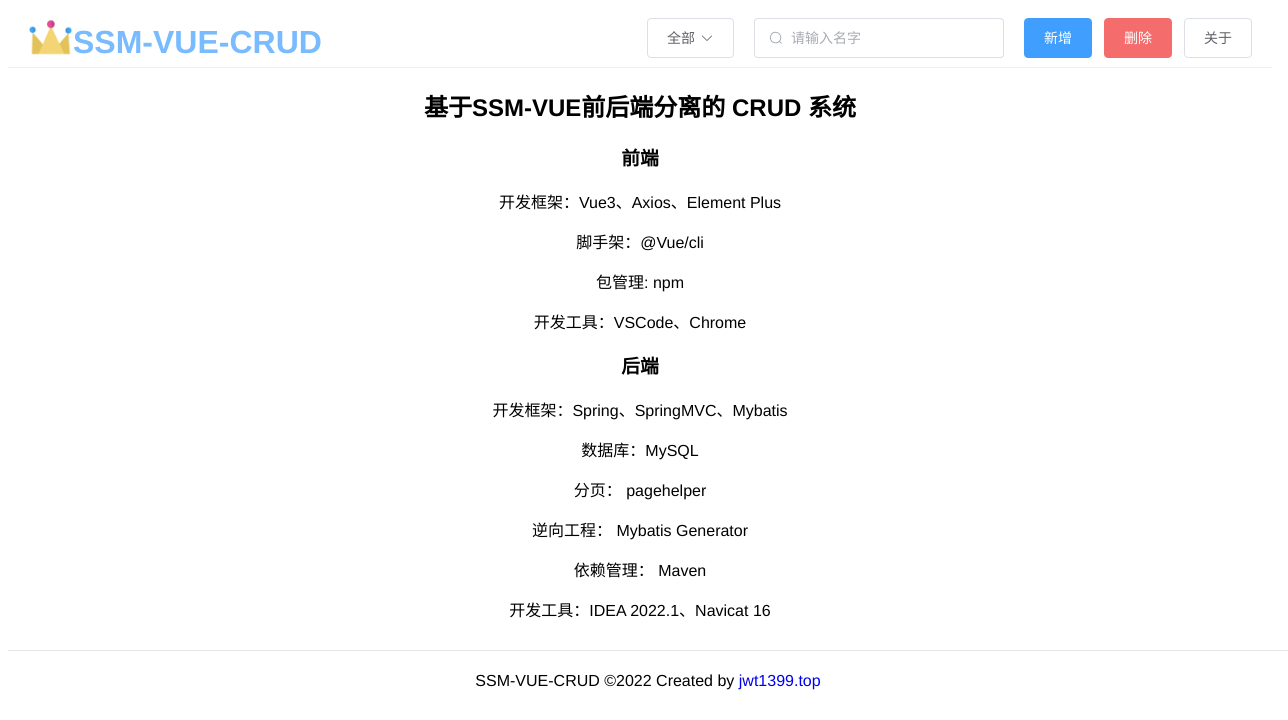
Repository: jwt1399/ssm-vue-crud
Page: /#/about (app in ssm-crud-front/)
The author's editor kept a copy of each file at every save. The page is drawn from the files as they stood at one save, then again after the next save.
The browser window is 1280 px wide. The page is 1288 px wide, so the pictures cover 1288 px, including what lies to the right of the window. The pictures show the whole page.
The project was rebuilt for these pictures with package versions that can differ from the ones it lists, and the page was loaded fresh each time. Also part of the build but not shown: ssm-crud-front/vue.config.js, ssm-crud-front/src/components/Form.vue, ssm-crud-front/src/views/CrudView.vue.

Above is the page before, as saved 2022-06-09 13:33:21.

### ssm-crud-front/public/index.html
<!DOCTYPE html>
<html lang="zh-Hans">
  <head>
    <meta charset="utf-8">
    <meta http-equiv="X-UA-Compatible" content="IE=edge">
    <meta name="viewport" content="width=device-width,initial-scale=1.0">
    <link rel="icon" href="<%= BASE_URL %>favicon.png">
    <title><%= htmlWebpackPlugin.options.title %></title>
  </head>
  <body>
    <noscript>
      <strong>We're sorry but <%= htmlWebpackPlugin.options.title %> doesn't work properly without JavaScript enabled. Please enable it to continue.</strong>
    </noscript>
    <div id="app"></div>
    <!-- built files will be auto injected -->
  </body>
</html>

### ssm-crud-front/src/main.js
import { createApp } from 'vue'
import App from './App.vue'
import router from './router'
import ElementPlus from 'element-plus'
import 'element-plus/dist/index.css'
import * as ElementPlusIconsVue from '@element-plus/icons-vue'

const app = createApp(App)

//配置全局icon
for (const [key, component] of Object.entries(ElementPlusIconsVue)) {
    app.component(key, component)
  }

app.use(router).use(ElementPlus).mount('#app')

### ssm-crud-front/src/App.vue
<template>
  <Header/>
  <router-view/>
  <Footer/>
</template>

<script>
import Header from '@/components/Header.vue'
import Footer from '@/components/Footer.vue'
export default {
    components: {
        Header,
        Footer,
    }
}
</script>

<style>
#app {
  font-family: Avenir, Helvetica, Arial, sans-serif;
  -webkit-font-smoothing: antialiased;
  -moz-osx-font-smoothing: grayscale;
  /* text-align: center; */
  /* color: #2c3e50; */
}
</style>

### ssm-crud-front/src/router/index.js
import { createRouter, createWebHashHistory } from 'vue-router'
import CrudView from '../views/CrudView.vue'
const routes = [
  {
    path: '/',
    name: 'home',
    component: CrudView
  },
  {
    path: '/about',
    name: 'about',
    // route level code-splitting
    // this generates a separate chunk (about.[hash].js) for this route
    // which is lazy-loaded when the route is visited.
    component: () => import(/* webpackChunkName: "about" */ '../views/AboutView.vue')
  }
]

const router = createRouter({
  history: createWebHashHistory(),
  routes
})

export default router

### ssm-crud-front/src/components/Header.vue
<template>
 <el-header class="header">
    <div class="nav">
        <a href="/" class="nav-link">
            <img src="../assets/favicon.png" alt="logo" class="nav-logo">
            <h1 class="nav-title ">SSM-VUE-CRUD</h1>
        </a>
    </div>
    <div class="nav-item">
        <el-dropdown>
            <el-button size="large">
                全部
                <el-icon class="el-icon--right">
                    <arrow-down />
                </el-icon>
            </el-button>
            <template #dropdown>
                <el-dropdown-menu>
                    <el-dropdown-item>Action 1</el-dropdown-item>
                    <el-dropdown-item>Action 2</el-dropdown-item>
                </el-dropdown-menu>
            </template>
        </el-dropdown>

        <div class="nav-search">
            <el-input
            placeholder="请输入名字"
            v-model="search"
            size="large"
            @change="searchChange"
            clearable >
                <template #prefix>
                    <el-icon class="el-input__icon"><search /></el-icon>
                </template>
            </el-input>

        </div>
        <el-button type="primary" size="large" @click="addEmployee()">新增</el-button>
        <el-button type="danger" size="large" @click="batchDeleteEmployee()">删除</el-button>
        <!-- <router-link to='/about'> -->
        <el-button type="default" size="large" @click="skipAbout()">关于</el-button>
        <!-- </router-link> -->
    </div>
</el-header>
</template>

<script>
import { useRouter } from 'vue-router'

export default {
    name: 'Header',
    setup() {
        const router = useRouter()
        const skipAbout = ()=>{
        // window.location.href='#/about';
        // router.push({path:'about'})
        router.push({ name: 'about'})
        }
        return {
            skipAbout,
        }
    },

}


</script>



<style scoped>
.nav-logo {
	height: 45px;
	width: 45px;
	vertical-align: middle;
	display: inline-block;
}

.nav-title {
	font-size: 2rem;
	display: inline-block;
	vertical-align: middle;
	color: #79bbff;
	padding-top: 10px;
}

.nav-item {
	display: flex;
	align-items: center;
}

.nav-search {
	width: 250px;
	margin: 0 20px;
}

.header {
	display: flex;
	align-items: center;
	justify-content: space-between;
	width: 100%;
	border-bottom: 1px solid #eee;
	min-width: 800px;
}



</style>

### ssm-crud-front/src/components/Footer.vue
<template>
<el-footer class="footer">
    <span>SSM-VUE-CRUD ©2022 Created by </span>
    <a href="https://jwt1399.top" style="text-decoration: none;"> jwt1399.top</a>
 </el-footer>
</template>


<script>
export default{
    name:'Footer',
}
</script>

 <style scoped>
.footer {
    /* 固定在底部18-19 */
    position: absolute;
    bottom: 10px;
    text-align: center;
    width: 100%;
    /* 垂直居中23-24 */
    height: 60px;
    line-height:60px;
    background-color: #fff;
    border-top:1px solid #E7E7E7;

}

</style>

### ssm-crud-front/src/views/AboutView.vue
<template>
  <div class="about">
    <h2>基于SSM-VUE前后端分离的 CRUD 系统</h2>
    <h3>前端</h3>
      <p>开发框架：Vue3、Axios、Element Plus</p>
      <p>脚手架：@Vue/cli</p>
      <p>包管理: npm</p>
      <p>开发工具：VSCode、Chrome</p>
    <h3>后端</h3>
      <p>开发框架：Spring、SpringMVC、Mybatis</p>
      <p>数据库：MySQL</p>
      <p>分页： pagehelper</p>
      <p>逆向工程： Mybatis Generator</p>
      <p>依赖管理： Maven</p>
      <p>开发工具：IDEA 2022.1、Navicat 16</p>
  </div>
</template>

<style scoped>
.about{
  text-align: center;
}
</style>

After the next save:
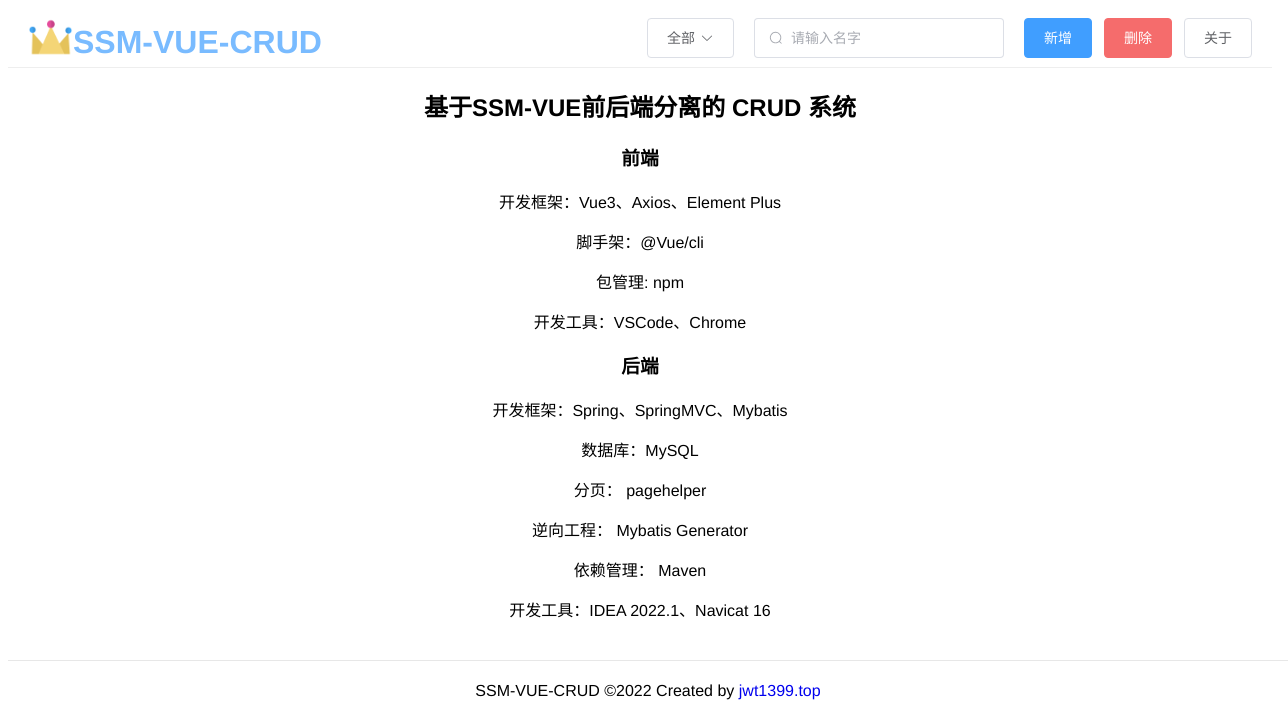
Saved 22 s later.
--- a/ssm-crud-front/src/components/Footer.vue
+++ b/ssm-crud-front/src/components/Footer.vue
@@ -16,7 +16,7 @@ export default{
 .footer {
     /* 固定在底部18-19 */
     position: absolute;
-    bottom: 10px;
+    bottom: 0px;
     text-align: center;
     width: 100%;
     /* 垂直居中23-24 */
